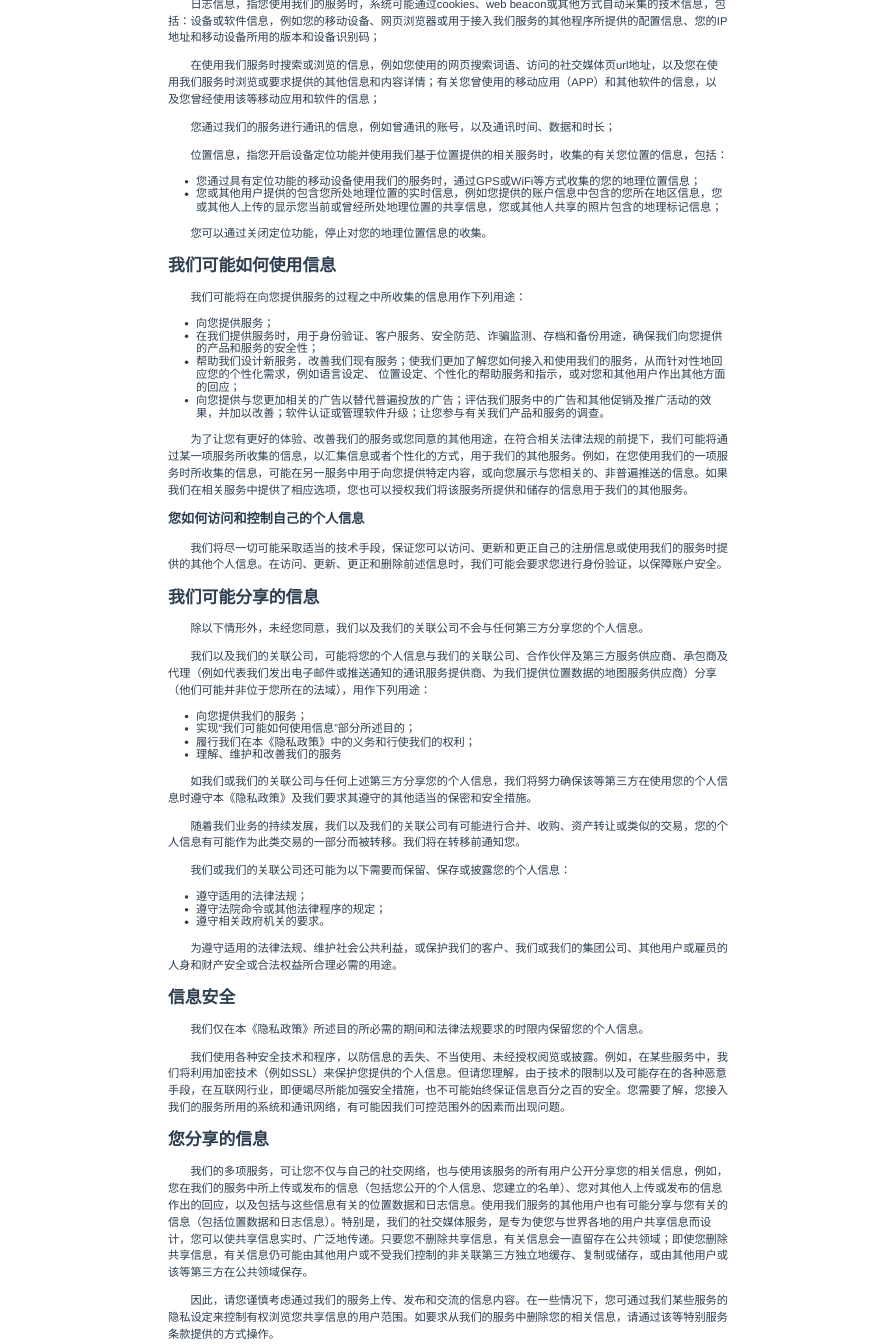
Repository: zl-mdc/privacy-policy
Page: /
These files come from the project's save history. The page is drawn as it stood at one moment and after the next save; the edit follows.
The browser window is 1280 px wide. The pictures show the part of the page from y = 760 to 2680 px (the page is 4181 px tall before and 4327 px after), at 70% of full size.
The project was rebuilt for these pictures with package versions that can differ from the ones it lists, and the page was loaded fresh each time.

Above is the page before, as saved 2020-09-17 16:18:35.

After the next save:
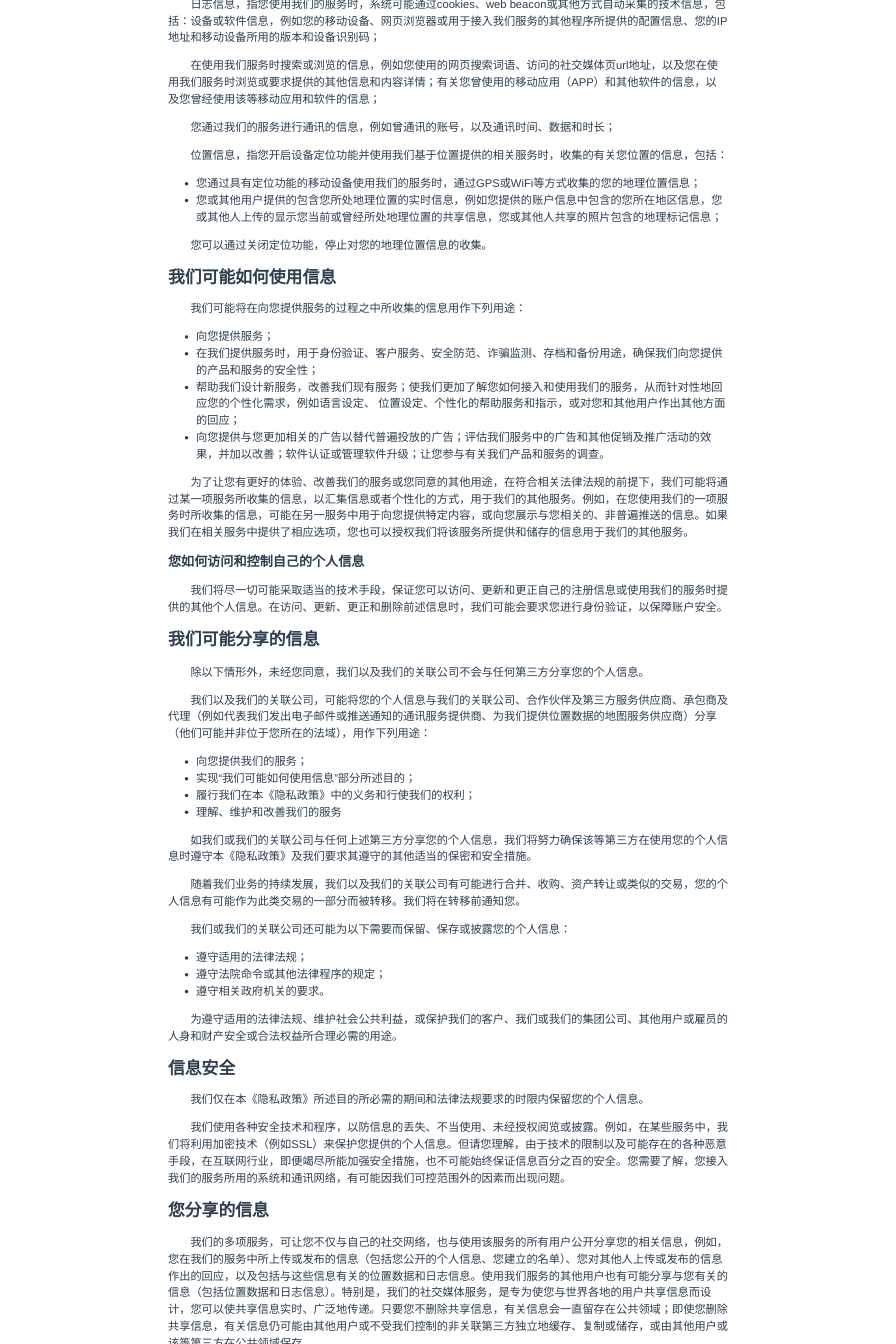
Saved 22 s later.
--- a/src/components/Info.vue
+++ b/src/components/Info.vue
@@ -1,7 +1,7 @@
 <!--
  * @Author: Code_Master
  * @Date: 2020-09-17 15:00:51
- * @LastEditTime: 2020-09-17 16:18:35
+ * @LastEditTime: 2020-09-17 16:18:57
  * @LastEditors: Code_Master
  * @FilePath: /privacy-policy/src/components/Info.vue
  * @Description: The first 90% of the code accounts for the first 90% of the development time. The remaining 10% of the code accounts for the other 90% of the development time.
@@ -127,4 +127,7 @@ export default {
         text-indent:2em;
         line-height: 1.5;
     }
+    li {
+        line-height: 1.5;
+    }
 </style>
